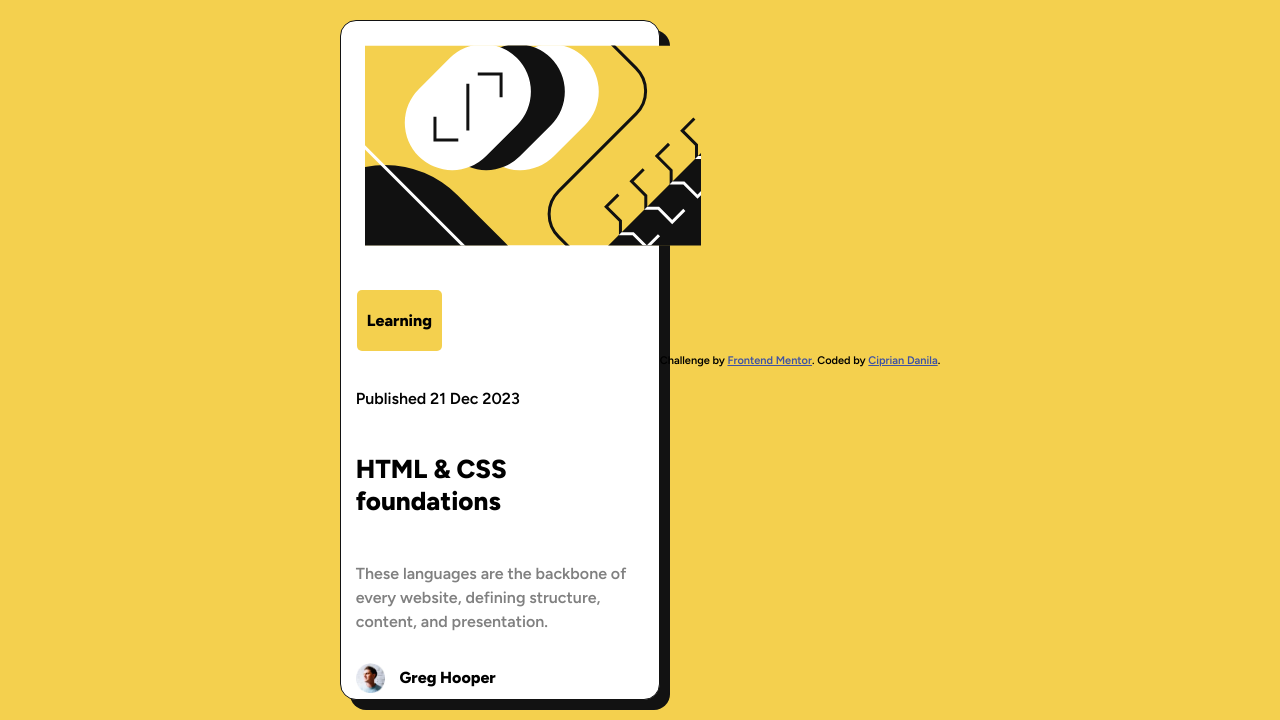
Repository: cipdanila/blog-preview-card
Page: index.html
These files come from the project's save history. The page is drawn as it stood at one moment and after the next save; the edit follows.
The browser window is 1280 px wide. The pictures show the whole page.

Above is the page before, as saved 2024-01-28 13:57:03.

After the next save:
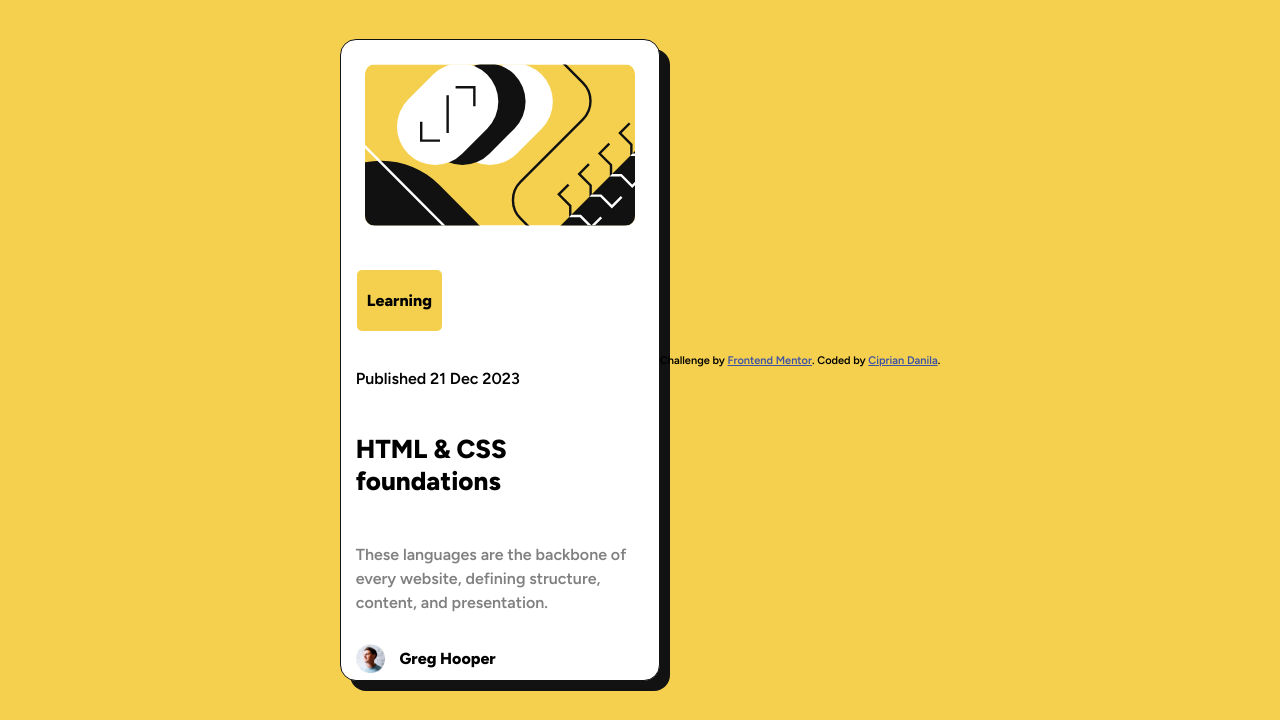
Saved 24 s later.
--- a/style.css
+++ b/style.css
@@ -41,8 +41,9 @@
     padding: 1.5rem;
 }
 
-.image img {
+.image-container img {
     max-width: 100%;
+    height: auto;
     border-radius: 0.625rem;
 }
 
